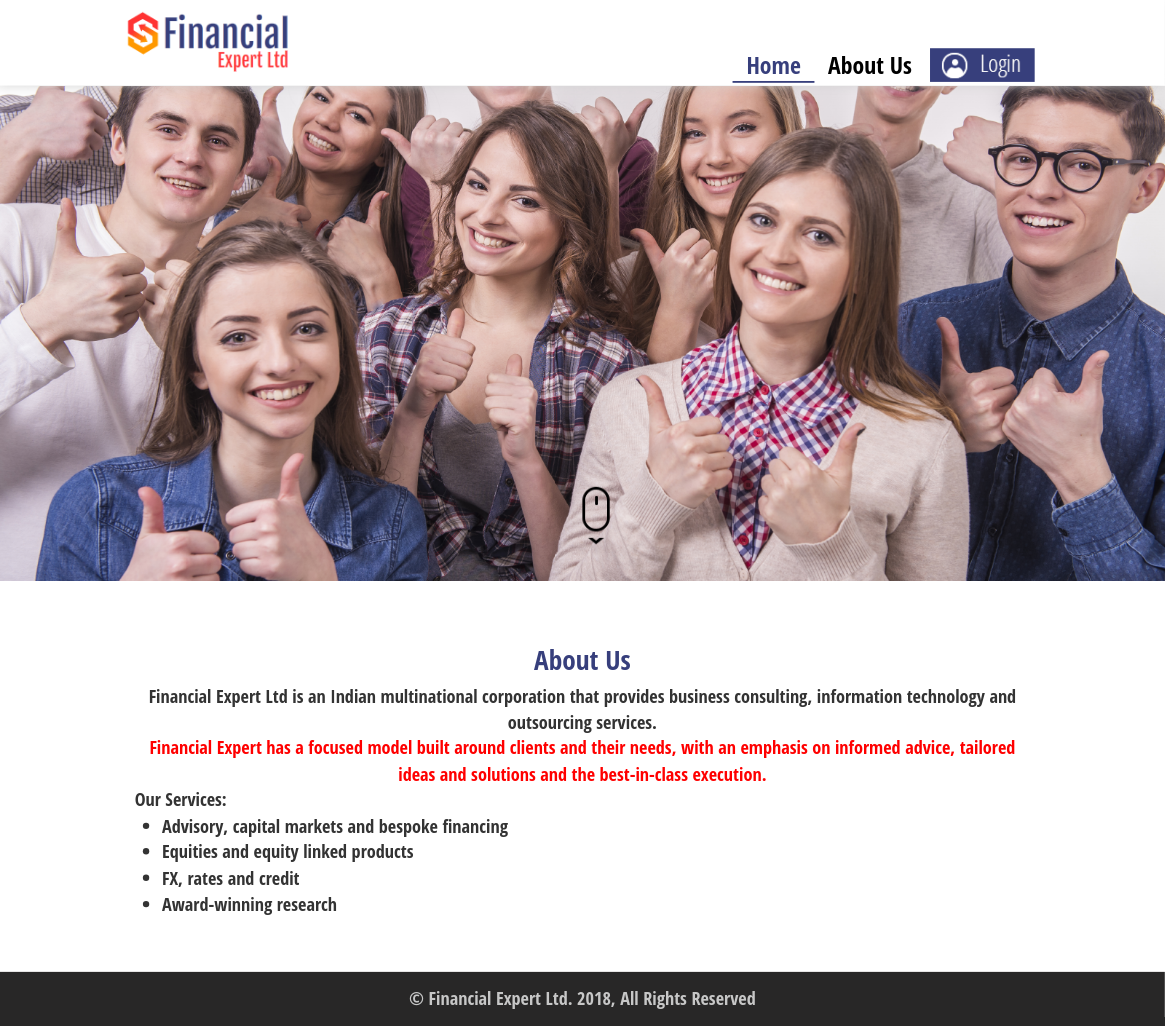
Repository: intkhabahmed/AcceleratedBootcampWebsites
Page: http://localhost/FinancialExpert/UI/index.jsp
These files come from the project's save history. The page is drawn as it stood at one moment and after the next save; the edit follows.
The browser window is 1280 px wide. The pictures show the whole page, at 91% of full size.
Some web fonts or font styles are not loaded; a fallback is used. The page is served by Tomcat 9. Nobody is signed in. The application's start-up code is not run.

Above is the page before, as saved 2018-02-13 08:14:53.

After the next save:
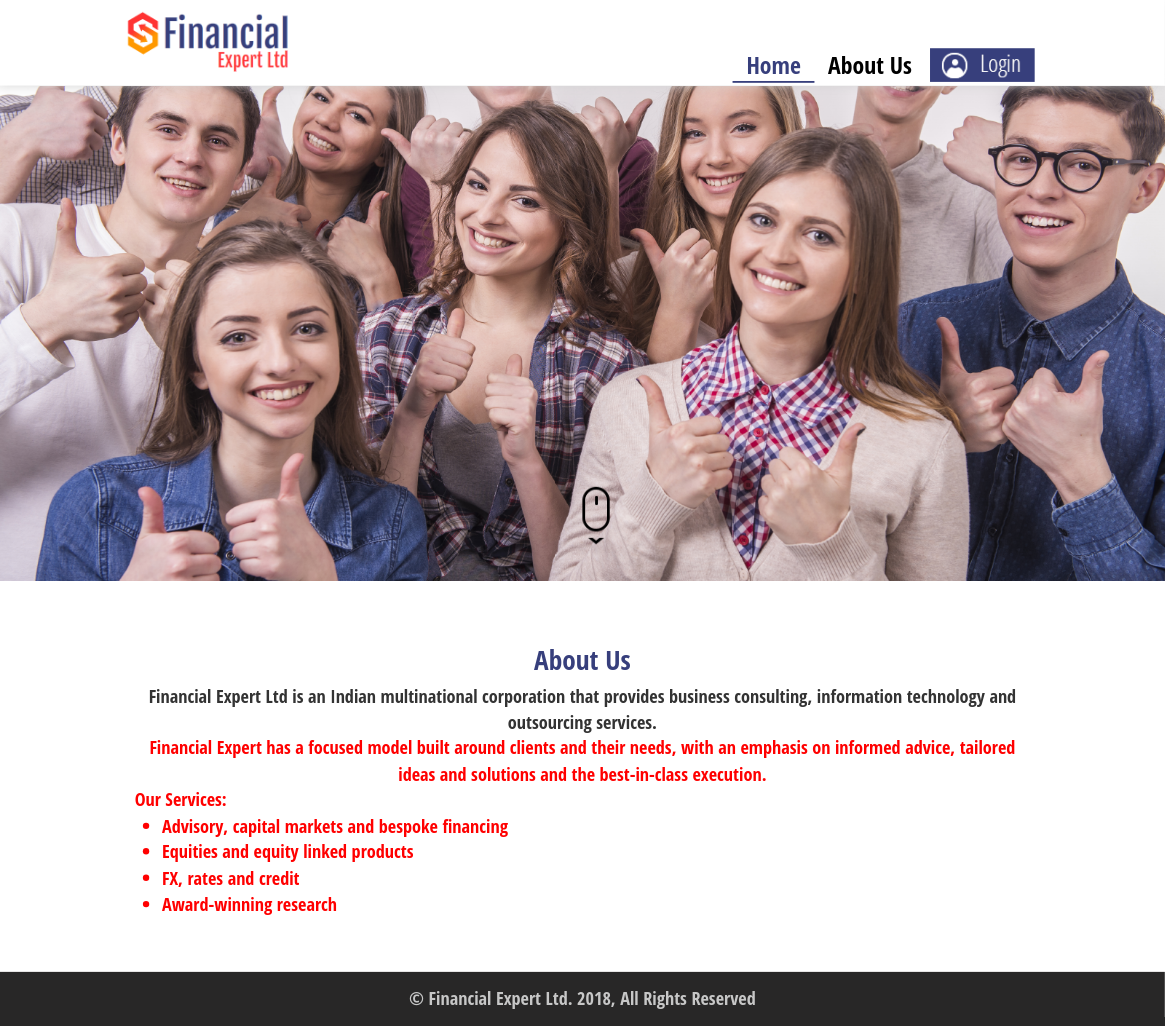
Saved 30 s later.
--- a/FinancialExpert/WebContent/UI/index.jsp
+++ b/FinancialExpert/WebContent/UI/index.jsp
@@ -46,8 +46,8 @@
 				<p align="center" class="error">Financial Expert has a focused model built around clients and
 					their needs, with an emphasis on informed advice, tailored ideas
 					and solutions and the best-in-class execution.</p>
-				<p>Our Services:</p>
-				<ul>
+				<p class="error">Our Services:</p>
+				<ul class="error">
 					<li>Advisory, capital markets and bespoke financing</li>
 					<li>Equities and equity linked products</li>
 					<li>FX, rates and credit</li>
